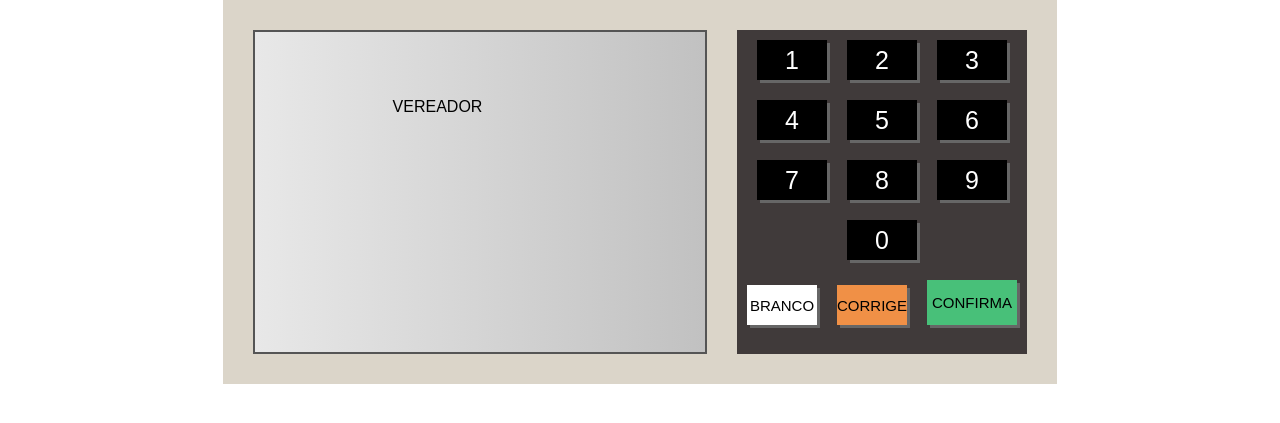
Repository: ThiagoIturra/urnaJs
Page: index.html
The author's editor kept a copy of each file at every save. The page is drawn from the files as they stood at one save, then again after the next save.
The browser window is 1280 px wide. The pictures show the whole page.

Above is the page before, as saved 2022-01-06 18:01:08.

After the next save:
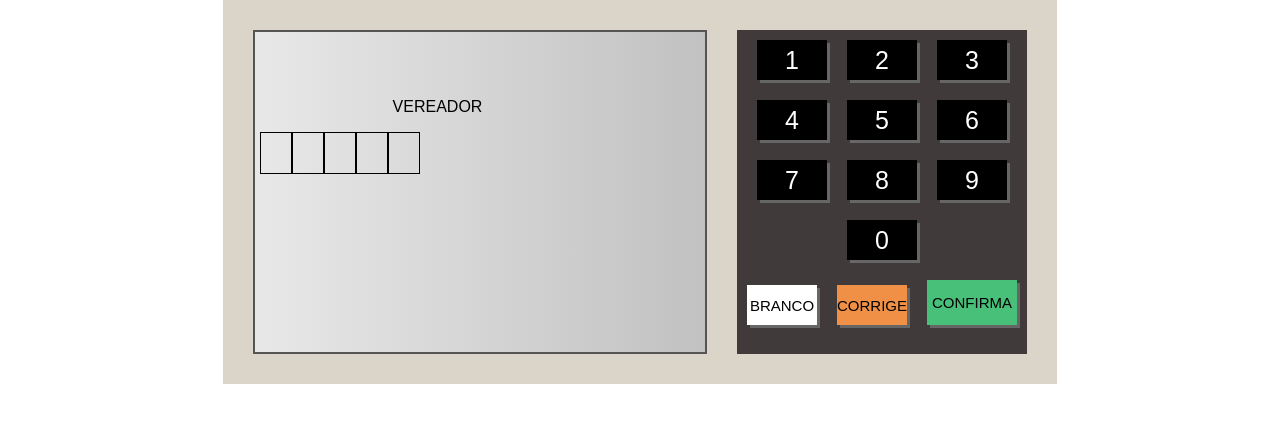
Saved 11 s later.
--- a/script.js
+++ b/script.js
@@ -15,7 +15,7 @@ function showStage() {
     let digitsHTML = '';
 
     for(let i=0;i<stage.numbers;i++) {
-        digitsHTML += '<div class="numberss"></div>';
+        digitsHTML += '<div class="numbers"></div>';
     }
 
     yourVoteFor.style.display = 'none';
